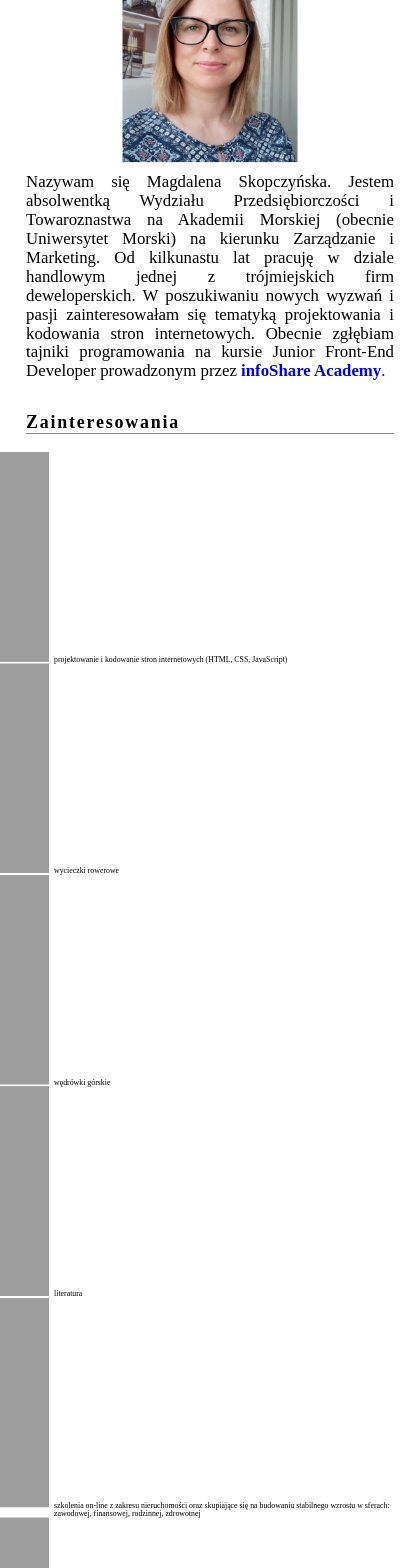
Repository: MagJaw/portfolio
Page: portfolio.html
These files come from the project's save history. The page is drawn as it stood at one moment and after the next save; the edit follows.
The browser window is 600 px wide. The pictures show the part of the page from y = 511 to 2751 px (the page is 7327 px tall before and 7090 px after), at 70% of full size.
A picture or video elsewhere on the page could not be fetched, so the positions and the page height are approximate.

Above is the page before, as saved 2018-11-20 01:04:12.

### portfolio.html
<!DOCTYPE html>
<html lang="pl">
<head>
    <meta charset="UTF-8">
    <meta name="viewport" content="width=device-width, initial-scale=1.0">
    <meta http-equiv="X-UA-Compatible" content="ie=edge">
    <meta name="author" content="Magdalena Skopczyńska"/>
    <meta name="description" content="Portfolio - o mnie, zainteresowania, umiejętności, projekty">
    <link rel="stylesheet" href="main.css">
    <title>Portfolio</title>
</head>
<body>
    <div class="wrapper">
        <div id="section1"></div>
        <nav role="navigation" class="menu__container">
            <ul class="menu">
                <li class="menu__section">
                    <a href="#section1">Home</a>
                </li>
                <li class="menu__section">
                    <a href="#section2">O mnie</a>
                </li>
                <li class="menu__section">
                    <a href="#section3">Zainteresowania</a>
                </li>
                <li class="menu__section">
                    <a href="#section4">Umiejętności</a>
                </li>
                <li class="menu__section">
                    <a href="#section5">Projekty</a>
                </li>
            </ul>
        </nav>
        <main class="main">
            <div class="motto__container">
                <blockquote class="quote"><b>The best view comes after the hardest climb</b></blockquote>
            </div>
            <div id="section2">
                <h1 class="header__section">O mnie</h1>
                <div class="section2__img">
                    <img src="portret.jpg" class="my__photo">
                </div>
                <p class="history"> Nazywam się Magdalena Skopczyńska. Jestem absolwentką Wydziału Przedsiębiorczości i Towaroznastwa na Akademii Morskiej (obecnie Uniwersytet Morski) na kierunku Zarządzanie i Marketing. Od kilkunastu lat pracuję w dziale handlowym jednej z trójmiejskich firm deweloperskich. W poszukiwaniu nowych wyzwań i pasji zainteresowałam się tematyką projektowania i kodowania stron internetowych. Obecnie zgłębiam tajniki programowania na kursie Junior Front-End Developer prowadzonym przez <a target="_blank" href="https://infoshareacademy.com/" class="link"><b>infoShare Academy</b>.</a></p>
            </div>
            <div id="section3">
                <h1 class="header__section">Zainteresowania</h1>
                <ul>
                    <li class="item">projektowanie i kodowanie stron internetowych (HTML, CSS, JavaScript)</li>
                    <li class="item">wycieczki rowerowe</li>
                    <li class="item">wędrówki górskie</li>
                    <li class="item">literatura</li>
                    <li class="item">szkolenia on-line z zakresu nieruchomości oraz skupiające się na budowaniu stabilnego wzrostu w sferach: zawodowej, finansowej, rodzinnej, zdrowotnej</li>
                    <li class="item">zdrowe odżywianie</li>
                </ul>
            </div>
            <div id="section4">
                <h1 class="header__section">Umiejętności</h1>
                <ul>
                    <li class="item">wysokie umiejętności komunikacyjne</li>
                    <li class="item">analityczne myślenie</li>
                    <li class="item">wysokie poczucie odpowiedzialności za powierzone zadania</li>
                    <li class="item">skrupulatność</li>
                    <li class="item">umiejętność pracy w zespole</li>
                    <li class="item">chęć do nauki i rozwoju</li>
                    <li class="item">znajomość technik sprzedażowych</li>
                    <li class="item">bardzo dobra znajomość języka angielskiego (certyfikat)</li>
                    <li class="item">znajomość narzędzi pakietu Office</li>
                    <li class="item">podstawowa znajomość HTML, CSS, JavaScript</li>
                </ul>
            </div>
            <div id="section5">
                <h1 class="header__section">Projekty</h1>
                <ul>
                    <li class="item">portfolio</li>
                    <li class="item">projekty stworzone w trakcie kursu Front-End Developer <a target="_blank" href="https://github.com/MagJaw" class="link">(<b>GitHub</b>)</a></li>
                </ul>
            </div>
        </main>
        <footer class="footer">
            <p>Autor: Magdalena Skopczyńska</p>
            <p>email: info@mysite.com</p>
            <a target="_blank" href="https://github.com/MagJaw" class="footer__icon">
                <img src="https://img.icons8.com/ios/30/000000/github-filled.png" alt="GitHub">
            </a>
            <p><a target="_blank" href="https://icons8.com" class="link">Icon pack by Icons8</a></p>
        </footer>
    </div>
</body>
</html>

### main.css
html {
    font-size: 16px;
    scroll-behavior: smooth;
  }

.wrapper {
    max-width: 90%;
    margin: 0 auto;
}

.main {
margin-top: auto;
}

#section1 {
padding: 4vw;
}

.menu {
display: flex;
}

.menu__section {
flex: 1 1 0;
}

.menu__container {
background:  #333;
z-index: 1;
top: 0;
left: 0;
right: 0;
height: auto;
position: fixed;
}

.menu {
    list-style-type: none;
    padding: 0;
    margin: 0;
}

.menu__container a {
    text-decoration: none;
    text-align: center;
    color: #fff;
    display: block;
    padding: 1vw;
}

.menu__container a:hover {
background-color: #555;
}

.motto__container {
width: 100%;
height: 48vw;
background-image: url(tapeta.jpg);
background-size: cover;
background-color: #555;
opacity: 0.8;
display: table;
}

.quote {
font-size: 3.5em;
letter-spacing: 0.1em;
font-style: italic;
color: #fff;
text-align: center;
vertical-align: middle;
display: table-cell;
margin: 0;
animation: pojawienie 4s ease 1 normal;
/*animation: pojawienie 6s 1s linear 1 normal;*/
}

@keyframes pojawienie {

    0%
    {
        opacity: 0;
    }

    20%
    {
        opacity: 0.2;
    }
    40%
    {
        opacity: 0.4;
    }
    60%
    {
        opacity: 0.6;
    }
    80%
    {
        opacity: 0.8;
    }
    100%
    {
        opacity: 1;
    }

}


/*@keyframes pojawienie {

    0%
    {
        color: #fff;
    }

    20%
    {
        color: #666;
    }
    40%
    {
        color: #333;
    }
    60%
    {
        color: #000;
    }
    80%
    {
        color #333;
    }
    100%
    {
        color #666;
    }

}
*/

/*#quote:hover {
cursor: pointer;
transform: rotate(360deg);
transition: all 2s linear;
}*/


li, .history {
font-size: 1.5em;
}


ul {
list-style-type: none;
}

.item {
list-style-image: url("https://img.icons8.com/color/25/000000/checkmark.png");
}

.header__section {
font-size: 2.5em;
letter-spacing: 0.1em;
border-bottom: 1px solid #555;
margin-top: 1em;
margin-bottom: 1em;
}

.section2__img {
float: left;
padding-right: 15px;
}

.my__photo {
max-width: 100%;
height: auto;
}

.history {
margin: 0;
/*text-indent: 30px;*/
text-align: justify;
}

.link {
text-decoration: none;
}

.link:hover {
text-decoration: underline;
}

.footer {
bottom: 0;
display: flex;
width: 100%;
border-top: 1px solid #555;
}

.footer p {
font-size: 0.9em;
font-style: italic;
display: block;
text-align: center;
width:100%;
}

.footer__icon {
display: block;
text-align: center;
padding-top: 7px;
}

#section5 {
padding-bottom: 25vw;
}

@media screen and (max-width: 767px){

/*.main {
margin-left: 18vw;
}*/

.quote {
font-size: 1.8em;
}

p, li, .footer p {
font-size: 0.7em;
}

#section2,
#section3,
#section4,
#section5 {
padding-top: 20px;
}

.header__section {
font-size: 1.6em;
}

.section2__img {
    float: none;
    padding-right: 0;
    display: block;
    margin: 0 auto;
    text-align: center;
    }

.history {
padding-top: 2%;
}

.footer p {
font-size: 0.6em;
}

.item {
list-style-image: url("https://img.icons8.com/color/15/000000/checkmark.png");
}
}

@media screen and (min-width: 768px){

#section2 {
padding-bottom: 12vw;
}

#section2,
#section3,
#section4,
#section5 {
padding-top: 40px;
}
}

After the next save:
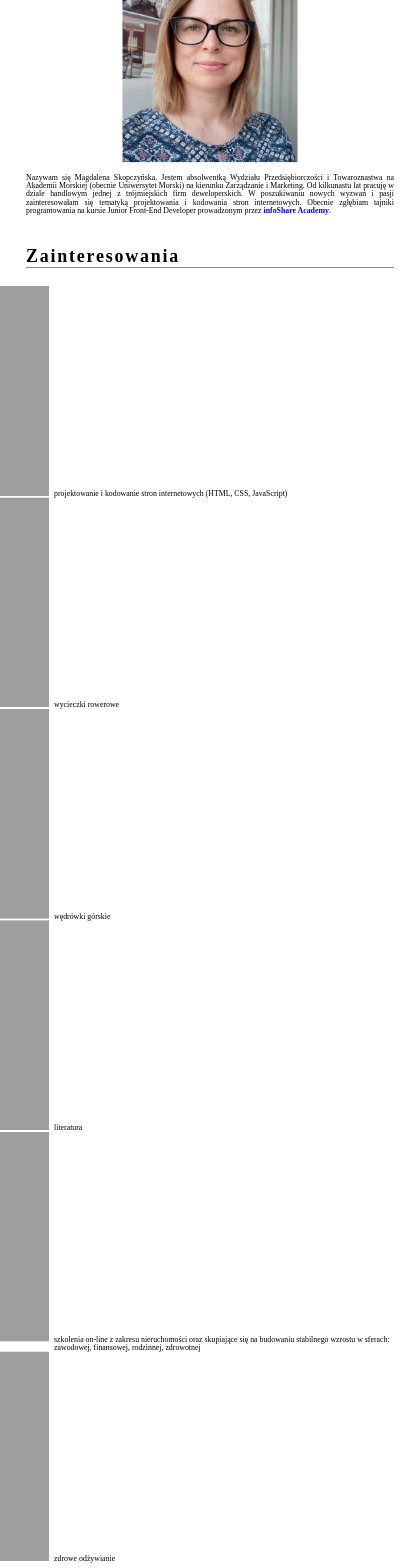
Saved 4 min 11 s later.
--- a/main.css
+++ b/main.css
@@ -224,7 +224,7 @@ margin-left: 18vw;
 font-size: 1.8em;
 }
 
-p, li, .footer p {
+.history, p, li, .footer p {
 font-size: 0.7em;
 }
 
